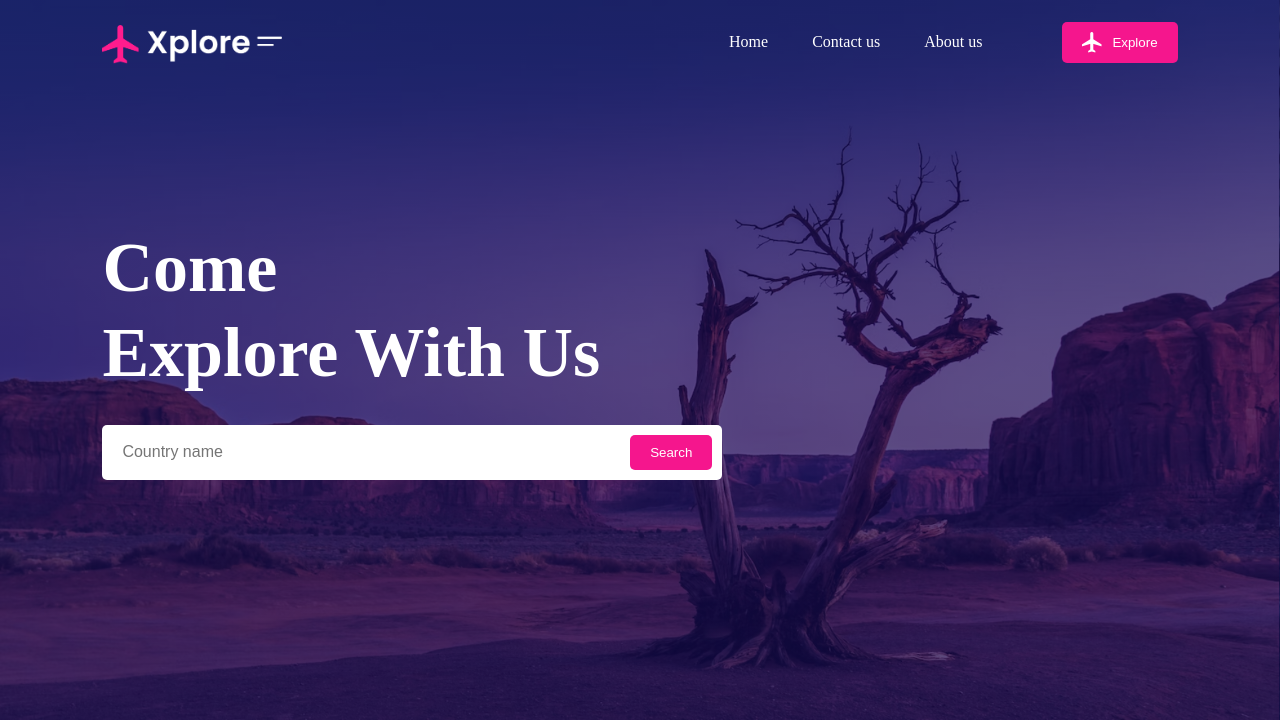
Repository: Aanchal26081/Task-2
Page: index.html
The author's editor kept a copy of each file at every save. The page is drawn from the files as they stood at one save, then again after the next save.
The browser window is 1280 px wide. The pictures show the whole page.

Above is the page before, as saved 2024-06-03 10:05:18.

### index.html
<!DOCTYPE html>
<html lang="en">
<head>
    <meta charset="UTF-8">
    <meta name="viewport" content="width=device-width, initial-scale=1.0">
    <title>Document</title>
    <link rel="stylesheet" href="main.css">
</head>
<body>
    <div class="container">
        <nav>
            <img src="images/logo.png" class="logo">
            <ul>
                <li><a href="#">Home</a></li>
                <li><a href="#">Contact us</a></li>
                <li><a href="#">About us</a></li>
            </ul>
            <button class="btn"><img src="images/icon.png">Explore</button>
        </nav>

        <div class="content">
            <h1>Come <br> Explore With Us</h1>
            <form>
                <input type="text" placeholder="Country name">
                <button type="submit" class="btn">Search</button>
            </form>
        </div>
    </div>
</body>
</html>

### main.css
*{
    margin: 0;
    padding: 0;
    box-sizing: border-box;
}
.container{
    width: 100%;
    min-height: 100vh;
    background-image: linear-gradient(rgba(9,0,77,0.65),rgba(9,0,77,0.65)), url(images/background.png);
    background-size: cover;
    background-position: center;
    padding: 10px 8%;
}
nav{
    width: 100%;
    display: flex;
    align-items: center;
    justify-content: space-between;
    padding: 10px 0;
}
.logo{
    width: 180px;
    cursor: pointer;
}
nav ul{
    list-style: none;
    width: 100%;
    text-align: right;
    padding-right: 60px;
}
nav ul li{
    display: inline-block;
    margin: 10px 20px;
}
nav ul li a{
    color: #fff;
    text-decoration: none;
}
.btn{
    display: flex;
    align-items: center;
    padding: 10px 20px;
    border: 0;
    outline: 0;
    border-radius: 5px;
    background: #f5168d;
    color: #fff;
    font-weight: 500;
    cursor: pointer;
}
.btn img{
    width: 20px;
    margin-right: 10px;
}
.content{
    margin-top: 14%;
    color: #fff;
    max-width: 620px;
}
.content h1{
    font-size: 70px;
    font-weight: 600;
    line-height: 85px;
    margin-bottom: 25px;
}
.content form{
    display: flex;
    align-items: center;
    background: #fff;
    border-radius: 5px;
    padding: 10px;
    margin-top: 30px;
}
.content form input{
    border: 0;
    outline: 0;
    width: 100%;
    font-size: 16px;
    padding-left: 10px;
}

After the next save:
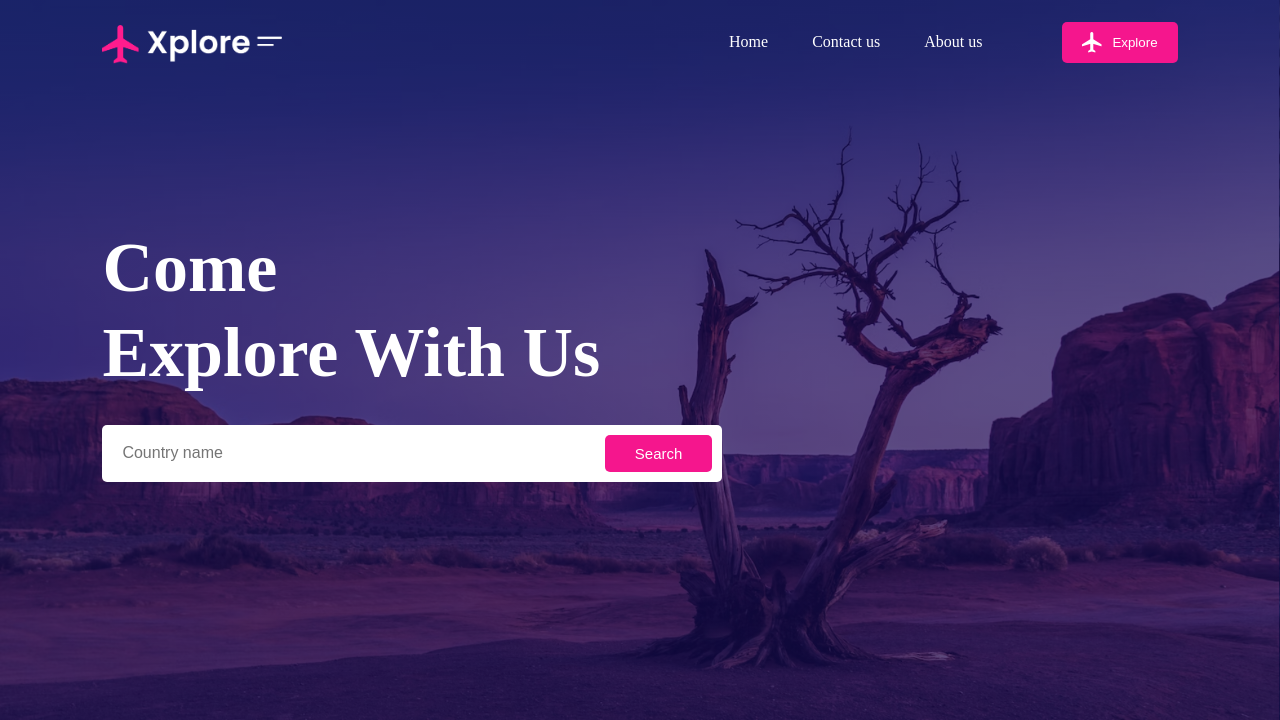
Saved 47 s later.
--- a/main.css
+++ b/main.css
@@ -78,3 +78,7 @@ nav ul li a{
     font-size: 16px;
     padding-left: 10px;
 }
+.content form .btn{
+    font-size: 15px;
+    padding: 10px 30px;
+}
